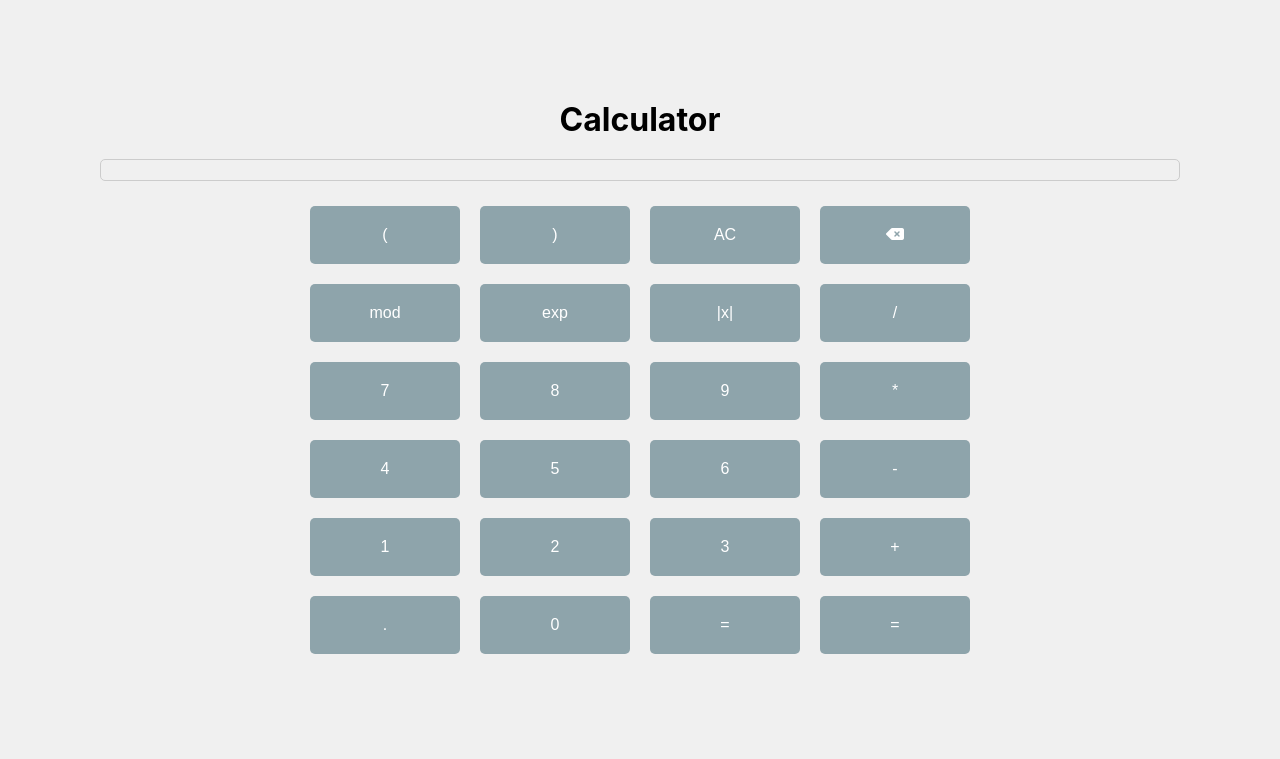
Repository: thesaherriaz/Calculator-React
Page: /
The author's editor kept a copy of each file at every save. The page is drawn from the files as they stood at one save, then again after the next save.
The browser window is 1280 px wide. The pictures show the whole page.
The project was rebuilt for these pictures with package versions that can differ from the ones it lists, and the page was loaded fresh each time.

Above is the page before, as saved 2025-06-18 15:33:59.

### public/index.html
<!DOCTYPE html>
<html lang="en">
  <head>
    <meta charset="utf-8" />
    <link rel="icon" href="%PUBLIC_URL%/favicon.ico" />
    <meta name="viewport" content="width=device-width, initial-scale=1" />
    <meta name="theme-color" content="#000000" />
    <meta
      name="description"
      content="Web site created using create-react-app"
    />
    <link rel="apple-touch-icon" href="%PUBLIC_URL%/logo192.png" />
    <link rel="stylesheet" href="https://cdnjs.cloudflare.com/ajax/libs/font-awesome/6.0.0/css/all.min.css">
    <!--
      manifest.json provides metadata used when your web app is installed on a
      user's mobile device or desktop. See https://developers.google.com/web/fundamentals/web-app-manifest/
    -->
    <link rel="manifest" href="%PUBLIC_URL%/manifest.json" />
    <!--
      Notice the use of %PUBLIC_URL% in the tags above.
      It will be replaced with the URL of the `public` folder during the build.
      Only files inside the `public` folder can be referenced from the HTML.

      Unlike "/favicon.ico" or "favicon.ico", "%PUBLIC_URL%/favicon.ico" will
      work correctly both with client-side routing and a non-root public URL.
      Learn how to configure a non-root public URL by running `npm run build`.
    -->
    <title>React App</title>
  </head>
  <body>
    <noscript>You need to enable JavaScript to run this app.</noscript>
    <div id="root"></div>
    <!--
      This HTML file is a template.
      If you open it directly in the browser, you will see an empty page.

      You can add webfonts, meta tags, or analytics to this file.
      The build step will place the bundled scripts into the <body> tag.

      To begin the development, run `npm start` or `yarn start`.
      To create a production bundle, use `npm run build` or `yarn build`.
    -->
  </body>
</html>

### src/App.js
import React from 'react'
import Calculator from './compnents/Calculator'

function App() {
  return (
    <Calculator />
  )
}

export default App

### src/compnents/Calculator.jsx
import React from 'react'
import './Calculator.css'
import { useState } from 'react'

function Calculator() {
    const [input, setInput] = useState('');
    const [result, setResult] = useState('');
    const handleClick = (value) => {
        return () => {
            const input = document.getElementById('input');
            if (value === 'AC') {
                setInput('');
            } else if (value === 'DEL') {
                setInput(input.value.slice(0, -1));
            } else if (value === '=') {
                try {
                    setResult(eval(input));
                    setInput('');
                } catch (error) {
                    setInput('Error');
                }
            } else {
                setInput(input + value);
            }
        };
    }
  return (
    <>
        <div className="Calculator">
            <h1>Calculator</h1>
            <div className="input">{input}</div>
            <div className="result">{result}</div>
            <div className="buttons">
                <button className='btn-cal'onClick={handleClick('(')}>(</button>
                <button className='btn-cal'onClick={handleClick(')')}>)</button>
                <button className='btn-cal'onClick={handleClick('AC')}>AC</button>
                <button className='btn-cal'onClick={handleClick('DEL')}><i class="fa-solid fa-delete-left"></i></button>
                <button className='btn-cal'onClick={handleClick('mod')}>mod</button>
                <button className='btn-cal'onClick={handleClick('exp')}>exp</button>
                <button className='btn-cal'onClick={handleClick('|x|')}>|x|</button>
                <button className='btn-cal'onClick={handleClick('/')}>/</button>
                <button className='btn-cal'onClick={handleClick('7')}>7</button>
                <button className='btn-cal'onClick={handleClick('8')}>8</button>
                <button className='btn-cal'onClick={handleClick('9')}>9</button>
                <button className='btn-cal'onClick={handleClick('*')}>*</button>
                <button className='btn-cal'onClick={handleClick('4')}>4</button>
                <button className='btn-cal'onClick={handleClick('5')}>5</button>
                <button className='btn-cal'onClick={handleClick('6')}>6</button>
                <button className='btn-cal'onClick={handleClick('-')}>-</button>
                <button className='btn-cal'onClick={handleClick('1')}>1</button>
                <button className='btn-cal'onClick={handleClick('2')}>2</button>
                <button className='btn-cal'onClick={handleClick('3')}>3</button>
                <button className='btn-cal'onClick={handleClick('+')}>+</button>
                <button className='btn-cal'onClick={handleClick('.')}>.</button>
                <button className='btn-cal'onClick={handleClick('0')}>0</button>
                <button className='btn-cal'onClick={handleClick('=')}>=</button>
                <button className='btn-cal'onClick={handleClick('=')}>=</button>
            </div>
        </div>
    </>
  )
}

export default Calculator

### src/compnents/Calculator.css
*{
    box-sizing: border-box;
    margin: 0;
    padding: 0;

}
.Calculator {
  display: flex;
  flex-direction: column;
  align-items: center;
  justify-content: center;
  /* height: 100vh; */
  background-color: #f0f0f0;
  padding: 100px;
}
.buttons {
  display: grid;
  grid-template-columns: repeat(4, 1fr);
  gap: 10px;
}
.btn-cal{
  background-color: #8ea4ab;
  width: 150px;
  color: white;
  border: none;
  padding: 20px;
  font-size: 16px;
  cursor: pointer;
  border-radius: 5px;
  margin: 5px;
  transition: background-color 0.3s ease;
}

.input {
  width: 100%;
  padding: 10px;
  font-size: 16px;
  border: 1px solid #ccc;
  border-radius: 5px;
  margin: 20px;
}

Loaded but not shown: src/index.js (common file); src/index.css (common file); src/reportWebVitals.js (common file)

After the next save:
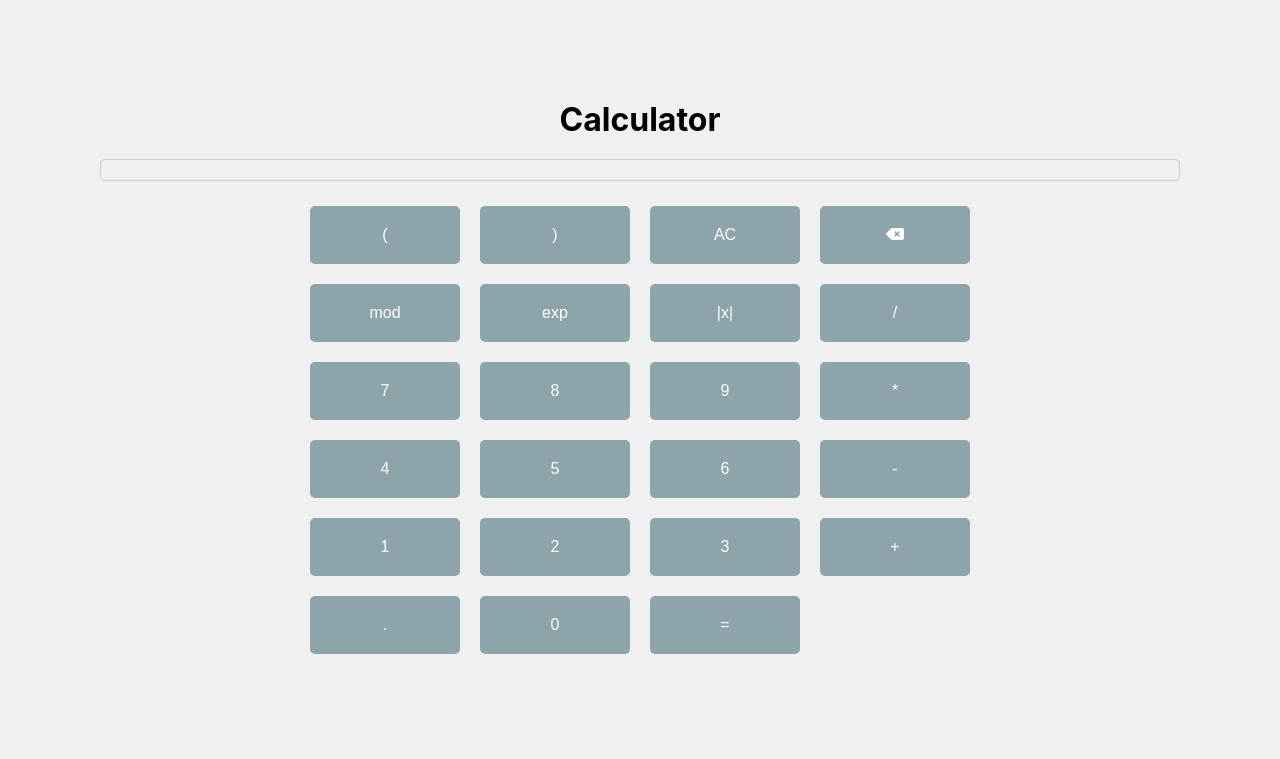
Saved 5 s later.
--- a/src/compnents/Calculator.jsx
+++ b/src/compnents/Calculator.jsx
@@ -54,7 +54,7 @@ function Calculator() {
                 <button className='btn-cal'onClick={handleClick('.')}>.</button>
                 <button className='btn-cal'onClick={handleClick('0')}>0</button>
                 <button className='btn-cal'onClick={handleClick('=')}>=</button>
-                <button className='btn-cal'onClick={handleClick('=')}>=</button>
+                {/* <button className='btn-cal'onClick={handleClick('=')}>=</button> */}
             </div>
         </div>
     </>
